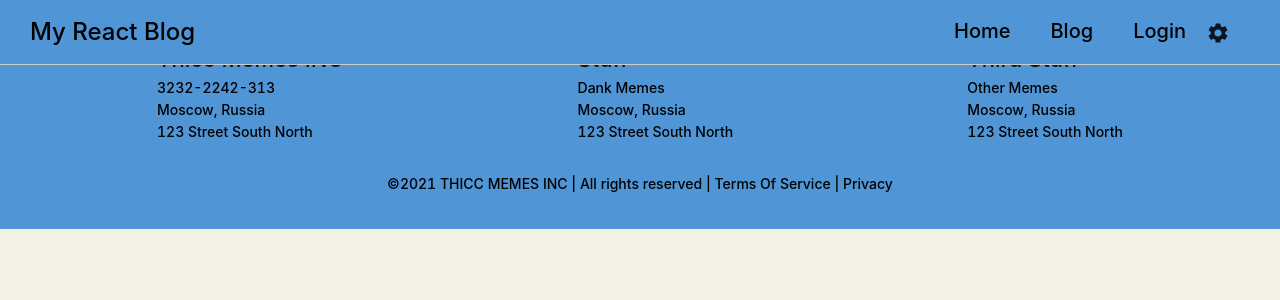
Repository: Kaycee-attah/react_blog
Page: /
The author's editor kept a copy of each file at every save. The page is drawn from the files as they stood at one save, then again after the next save.
The browser window is 1280 px wide. The pictures show the whole page.
The project was rebuilt for these pictures with package versions that can differ from the ones it lists, and the page was loaded fresh each time.

Above is the page before, as saved 2021-10-27 09:54:10.

### src/index.js
import React from 'react';
import ReactDOM from 'react-dom';
import App from './App';
import reportWebVitals from './reportWebVitals';
import './assets/scss/base.scss';
import 'antd/dist/antd.css';
import "@quasar/extras/ionicons-v4/ionicons-v4.css";

ReactDOM.render(
  <React.StrictMode>
    <App />
  </React.StrictMode>,
  document.getElementById('root')
);

// If you want to start measuring performance in your app, pass a function
// to log results (for example: reportWebVitals(console.log))
// or send to an analytics endpoint. Learn more: https://bit.ly/CRA-vitals
reportWebVitals();

### src/assets/scss/base.scss
 @import './variables';
 @import './navigation';
 @import './home';
 @import './masonry-post';
 @import './post-masonry';
 @import './tag-row';
 @import './post-grid.scss';
 @import './blog';
 @import './login';
 @import './article.scss';
 @import './article_preview';
 @import './richtexteditor';
 @import './dialogue-box.scss';
 @import './footer';

 .App-darkMode {
    background-color: #1b2938;
 };

 .App-darkMode nav{
    background-color: #1b2938;
 };

 .App-darkMode nav .settings-dropDown-Menu-Card-true .settings-dropDown-Menu{
    background-color: #1b2938;
 };

 @media screen and (max-width: 900px) {
   .App-darkMode nav .menu-content-container {
      background-color: #1b2938;
   }
 }

 html body{
   font-family: -apple-system, BlinkMacSystemFont, 'Segoe UI', Roboto, Oxygen, Ubuntu, Cantarell, 'Open Sans', 'Helvetica Neue', sans-serif;
   font-weight: 500;
   margin: 0;
   background-color: $body-background-color;
 };

 h1 {
   font-size: 2rem;
 };

 .container {
   max-width: 1200px;
   margin: 0 auto;
 };

 .row {
   margin: 4em 20px;
 };

 .overlay::before {
   z-index: 1;
   content: "";
   position: absolute;
   top: 0;
   right: 0;
   bottom: 0;
   left: 0;
   background: linear-gradient(transparent 0%, transparent 18%,  rgba(0,0,0,0.8) 99%,  rgba(0,0,0,0.8) 100%);
};

### src/assets/scss/_variables.scss
/*      ----------      all colors for different points in the appliation(normal screen size eg laptops)      -----------------------------------------      */
$Article-Preview-Action-Button-Container-button-background: linear-gradient(-45deg, #fff, #F1F1E6);
$Article-Preview-Action-Button-Container-button-Onhover-background: linear-gradient(-45deg, #4481eb, #04befe);
$blog-main-container-section-1-background-color: #5095D6;
$body-background-color: #F1F1E6;
$footer-background-color: #5095D6;
$footer-texts-color: #000000;
$input-type-checkbox-Checked: #f8f8f8;
$menu-content-container-a-color: #000000;
$menu-content-container-a-color-onHover: #EC6103;
$navbar-and-sidebar-border-color: #cccccc;
$navigation-background-color: #5095D6;
$post-masonry-imageTitle-color: white;
$post-masonry-tags-container-textsColor: white;
$settings-dropDown-Menu-backGroundColor: white;
$settings-dropDown-Menu-border-color: #cccccc;
$settings-dropDown-Menu-Card-backGroundColor: #f8f8f8;
$text-color: #65312F;
$text-light: #999;
$title-text-color: #000000;
$toggle-checkbox-darkMode-backgroundColor: #092c3e;
$toggle-checkbox-darkMode-check-after-backgroundColor: #092c3e;
$toggle-checkbox-lightMode-backgroundColor: #f8f8f8;
$toggle-checkbox-lightMode-check-before-backgroundColor: #f8f8f8;
$toggle-mode-container-border-color: #cccccc;
/*      ----------      all colors for different points in the appliation(smaller screen sizes eg mobile devies, tablets)      -----------------------------------------      */

$Blog-Navigation-text-color-for-smaller-screen-sizes: #383A23;
$menu-content-container-a-onHover-color-for-smaller-screen-sizes: #020202;
$menu-content-container-a-text-color-for-smaller-screen-sizes: #000000;
$menu-content-container-li-onHover-background-color-for-smaller-screen-sizes: #F2FAFF;
$menu-content-container-li-onHover-color-for-smaller-screen-sizes: #020202;
$menu-icon-text-color-for-smaller-screen-sizes: #65312F;
$more-icon-dropDown-Menu-Card-background-color-for-smaller-screen-sizes: white;
$more-icon-dropDown-Menu-Card-box-shadow-color-for-smaller-screen-sizes: #cccccc;
$more-icon-dropDown-Menu-Card-true-background-color-for-smaller-screen-sizes: #f8f8f8;
$more-icon-text-color-for-smaller-screen-sizes: #65312F;
$sideBar-backgroundColor: #5095D6;
$toggle-mode-container-border-top-color-for-smaller-screen-sizes: #f5f2f2;

### src/assets/scss/_home.scss
.home {
    // background-color: black;
    h1 {
        width: 100%;
        color: $text-color;
    };

    .featured-posts-container {
        display: flex;
        width: 100%;
    };
};

@media screen and (max-width: 900px) {
    .home {
        margin-block-start: 1.5em;
        margin-block-end: 1.5em;
    };

    .featured-posts-container {
        flex-direction: column;
    };
}

### src/assets/scss/_masonry-post.scss
.masonry-post {
    position: relative;
    border-radius: 5px;
    overflow: hidden;
    background-size: cover;
    background-position: center center;
    height: 100%;
    width: 100%;
    text-decoration: none;
    margin: 0 auto;
    min-height: 200px;

    .image-text{
        height: 100%;
        width: 100%;
        display: flex;
        flex-direction: column;
        padding: 20px;
        box-sizing: border-box;
    };

    .image-text, .image-date, .tags-container, div {
        float: left;
        width: 100%;
        z-index: 10;
        font-weight: 300;
    };

    .image-title {
        font-size: 20px;
        margin-block-start: 0;
        margin-block-end: 10px;
        color: $post-masonry-imageTitle-color;
    };

    .image-date {
        font-size: 10px;
        color: $text-light;
    };
};

@media screen and (max-width: 900px) {
    .masonry-post {
        width: 100%;
        margin: 10px 0;
        height: 300px;
    };
};

### src/assets/scss/_post-masonry.scss
.masonry{
    grid-template-columns: repeat(3, minmax(275px, 1fr));
    display: grid;
    gap: 30px;
};

@media screen and (max-width: 900px) {
    .masonry {
        display: flex;
        flex-direction: column;
    }
}

### src/assets/scss/_tag-row.scss
.tags-container {
    font-size: 12px;
    font-weight: 500;
    margin-bottom: 15px;
    margin-left: -1px;
    color: $post-masonry-tags-container-textsColor;

    .tag {
        border-radius: 5px;
        padding: 4px 8px;
        margin: 5px;
    }
}

### src/assets/scss/post-grid.scss
.grid-pagination-container {
    .ant-pagination {
        text-align: center;
        padding-bottom: 50px;
    };
};

.post-grid {
    display: grid;
    grid-template-columns: repeat(auto-fill, minmax(275px, 1fr));
    gap: 30px;
    grid-auto-rows: 1fr;
    padding-bottom: 50px;

    figure {
        height: 100%;
        max-height: 280px;
    }

    img {
        position: relative;
        border-radius: 5px;
        overflow: hidden;
        object-fit: cover;
        object-position: center center;
        height: 100%;
        width: 100%;
        margin: 0 auto;
        min-height: 200px;
        max-height: 280px;
    };

    .post-container {
        display: flex;
        flex-direction: column;

        .author-text {
            color: $text-light
        };

        a {
            padding: 0 5px;
        };

        .description-text {
            // font-size: 18px;
            font-weight: 200px
        }
    };
};

### src/assets/scss/_login.scss
.auth-main-container {
    width: 100%;
    height: 100%;
    // background-color: #9ec3e4;
    display: flex;
    flex-direction: column;
    align-items: center;
    min-height: 100vh;
    position: relative;
    background-color: #fff;
    overflow: hidden;

    .forms-container {
        position: absolute;
        width: 100%;
        height: 100%;
        top: 0;
        left: 0;
        // background-color: #fff;

        .sign-in-sign-up {
            position: absolute;
            top: 50%;
            left: 75%;
            transform: translate(-50%, -50%);
            width: 50%;
            display: grid;
            grid-template-columns: 1fr;
            z-index: 5;
            transition: 1s .7s ease-in-out;

            .sign-in-form {
                z-index: 2;
            };

            .sign-up-form {
                z-index: 1;
                opacity: 0;
            };
        };

        form {
            display: flex;
            align-items: center;
            justify-content: center;
            flex-direction: column;
            padding: 0 5rem;
            overflow: hidden;
            grid-column: 1 / 2;
            grid-row: 1 / 2;
            transition: 0.2s 0.7s ease-in-out;

            .form-title {
                font-size: 2.2rem;
                color: #000;
                margin-bottom: 10px;
            };

            .input-field {
                max-width: 380px;
                width: 100%;
                height: 55px;
                background-color: #f0f0f0;
                margin: 10px 0;
                border-radius: 55px;
                display: grid;
                grid-template-columns: 15% 85%;
                padding: 0 .4rem;

                .icon {
                    text-align: center;
                    line-height: 55px;
                    color: #acacac;
                    font-size: 1.1rem
                };

                input {
                    background: none;
                    outline: none;
                    border: none;
                    line-height: 1;
                    font-weight: 600;
                    font-size: 1.1rem;
                    color: #333
                };

                input::placeholder {
                    color: #aaa;
                    font-weight: 500;
                };
            };

            .submit-btn {
                width: 150px;
                height: 49px;
                border: none;
                outline: none;
                border-radius: 49px;
                background-color: #5095D6;
                color: #fff;
                text-transform: uppercase;
                font-weight: 600;
                margin: 10px 0;
                transition: .5s;
                cursor: pointer;
            };

            .submit-btn:hover {
                background-color: #4d84e2;
            };

            .social-text {
                padding: .7rem;
                font-size: 1rem;
            };

            .social-media {
                display: flex;
                justify-content: center;

                .social-icon {
                    height: 46px;
                    width: 46px;
                    border: 1px solid #333;
                    margin: 0 .45rem;
                    display: flex;
                    justify-content: center;
                    align-items: center;
                    text-decoration: none;
                    color: #333;
                    font-size: 1.1rem;
                    border-radius: 50%;
                    transition: .3s
                };

                .social-icon:hover {
                    color: #4d84e2;
                    border-color: #4d84e2;
                };
            };
        };
    };

    .panels-container {
        position: absolute;
        width: 100%;
        height: 100%;
        top: 0;
        left: 0;
        display: grid;
        grid-template-columns: repeat(2, 1fr);

        .panel {
            display: flex;
            flex-direction: column;
            align-items: flex-end;
            justify-content: space-around;
            text-align: center;
            z-index: 7;
            transition: .9s .6s ease-in-out;

            .content {
                color: #fff
            };

            h3{
                font-weight: 600;
                line-height: 1;
                font-size: 1.5rem;
                margin: 0;
            };

            p{
                font-size: 0.95rem;
                padding: 0.7rem 0;
                margin: 0;
            };
        };

        .left-panel {
            padding: 3rem 17% 2rem 12%;
            pointer-events: all;

            .content {
                transition: 1.1s .4s ease-in-out;
            };
        };

        .right-panel {
            padding: 3rem 12% 2rem 17%;
            pointer-events: none;
        };

        .btn {
            width: 130px;
            height: 41px;
            border: 2px solid #fff;
            outline: none;
            border-radius: 49px;
            background: none;
            color: #fff;
            text-transform: uppercase;
            font-weight: 600;
            font-size: 0.8rem;
            margin: 0;
            transition: .5s;
            cursor: pointer;
        };

        .btn:hover {
            background-color: #4d84e2;
        };

        .right-panel .content, .right-panel img {
            transform: translateX(800px);
            transition: 1.1s .4s ease-in-out;
        };
    };

    img {
        width: 100%;
        margin-top: 20px;
        transition: 1.1s .4s ease-in-out;
    };
};

.auth-main-container::before {
    content: '';
    position: absolute;
    width: 2000px;
    height: 2000px;
    border-radius: 50%;
    background: linear-gradient(-45deg, #4481eb, #04befe);
    top: -10%;
    right: 48%;
    transform: translateY(-50%);
    z-index: 6;
    transition: 1.8s ease-in-out;
};

.auth-main-container.sign-up-mode::before{
    transform: translate(100%, -50%);
    right: 52%;
};

.auth-main-container.sign-up-mode .left-panel img,
.auth-main-container.sign-up-mode .left-panel .content {
    transform: translateX(-800px);
};

.auth-main-container.sign-up-mode .right-panel .content,
.auth-main-container.sign-up-mode .right-panel img {
    transform: translateX(0px)
};

.auth-main-container.sign-up-mode {
    .sign-in-sign-up {

        .sign-in-form {
            z-index: 1;
            opacity: 0;
        };

        .sign-up-form {
            z-index: 2;
            opacity: 1;
        };
        left: 25%;
    }

    .left-panel {
        pointer-events: none;

        .content {
            transition: 1.1s .4s ease-in-out;
        }
    };

    .right-panel {
        pointer-events: all;
    };
};

@media (max-width: 870px) {
    .auth-main-container {
        min-height: 800px;
        height: 100vh;
        margin-top: 65px;

        .forms-container {

            .sign-in-sign-up {
                width: 100%;
                left: 50%;
                top: 95%;
                transform: translate(-50%, -100%)
            };
        }

        .panels-container {
            grid-template-columns: 1fr;
            grid-template-rows: 1fr 2fr 1fr;


            .panel {
                flex-direction: row;
                justify-content: space-around;
                align-items: center;
                padding: 2.5rem 8%;

                img {
                    width: 200px;
                    transition: 0.9s 0.6s ease-in-out;
                };

                .content {
                    padding-right: 15%;
                    transition: 0.9s 0.8s ease-in-out;
                };

                h3{
                    font-size: 1.2rem;
                };

                p{
                    font-size: 0.7rem;
                    padding: 0.5rem 0;
                };

                .btn {
                    width: 110px;
                    height: 35px;
                    font-size: 0.7rem
                };
            };

            .left-panel {
                grid-row: 1 / 2;
            };

            .right-panel {
                grid-row: 3 / 4;
            }

            .right-panel .content, .right-panel img {
                transform: translateY(300px)
            }
        }
    };

    .auth-main-container::before{
        // display: none;
        width: 1500px;
        height: 1500px;
        left: 30%;
        bottom: 68%;
        transform: translateX(-50%);
        right: initial;
        top: initial;
        transition: 2s ease-in-out;
    };

    .auth-main-container.sign-up-mode {
        .sign-in-sign-up {
            // width: 100%;
            left: 50%;
            top: 5%;
            transform: translate(-50%, 0);
            transition: 2s ease-in-out
        };

        .panels-container{
            .panel{
                padding: 2.5rem 8%;

                img {
                    width: 200px;
                };

                .content {
                    padding-right: 15%;
                };

                h3{
                    font-size: 1.2rem;
                };

                p{
                    font-size: 0.7rem;
                    padding: 0.5rem 0;
                };

                .btn {
                    width: 110px;
                    height: 35px;
                    font-size: 0.7rem
                };
            }
        }
    }

    .auth-main-container.sign-up-mode .left-panel img,
    .auth-main-container.sign-up-mode .left-panel .content {
    transform: translateY(-300px);
    };

    .auth-main-container.sign-up-mode .right-panel .content,
    .auth-main-container.sign-up-mode .right-panel img {
    transform: translateY(0px)
    };

    .auth-main-container.sign-up-mode::before{
        transform: translate(-50%, 100%);
        bottom: 32%;
        right: initial;
    };
};

@media (max-width: 570px) {

    .auth-main-container {

        form {
            padding: 0 1.5rem;
        };

        img {
            display: none;
        };

        .panels-container {
            .panel .content {
                padding: 0.5rem 1rem;
            }
        };
    };

    .auth-main-container::before{
        bottom: 72%;
        left: 50%;
    };

    .auth-main-container.sign-up-mode::before{
        bottom: 28%;
        left: 50%
    }
};

### src/assets/scss/article.scss
.article-main-container {
  width: 100%;
  height: 100%;
  display: flex;
  flex-direction: column;
  align-items: center;
  min-height: 100vh;

  .comments {
    margin-top: 20px;

    .comments-title {
      font-size: 30px;
      margin-bottom: 20px;
    };

    .comment-form-title {
      font-size: 22px;
    };

    .comment-form-textarea {
      width: 100%;
      height: 80px;
      margin-bottom: 8px;
      margin-top: 8px;
      border: 1px solid rgb(107, 114, 12);
    }

    textArea{
      resize: none;
      border-radius: 15px;
      outline: none;
      border: .7px #ccc solid;
    }

    .comment-form-button {
      font-size: 16px;
      padding: 8px 16px;
      background: rgb(59, 130, 246);
      border-radius: 8px;
      color: white;
    }

    .comment-form-button:hover:enabled {
      cursor: pointer;
      background: rgb(37, 99, 235);
    }

    .comment-form-button:disabled {
      opacity: 0.7;
      cursor: default;
    }

    .comment-form-cancel-button {
      margin-left: 10px;
    }

    .comments-container {
      margin-top: 40px;

      .comment {
        display: flex;
        margin-bottom: 28px;
        min-width: 100%;
        // border-bottom: .5px solid;

        .comment-image-container {
          margin-right: 12px;

          img{
            border-radius: 50px;
          };
        };

        .comment-right-part {
          width: 100%;

          .comment-content {
            display: flex;
            flex-direction: column;

            .comment-header {
              display: flex;
              // flex-direction: column;

              .comment-author {
                margin-right: 8px;
                font-size: 18px;
                color: rgb(59, 130, 246);
              };

              .comment-date{
                display: flex;
                justify-content: center;
                align-items: center;
                text-align: center
              }
            };

            .comment-text {
              font-size: 18px;
            };

            .comment-actions {
              display: flex;
              font-size: 12px;
              color: rgb(51, 51, 51);
              cursor: pointer;
              margin-top: 8px;
            };

            .replies-toggler {
              width: 100%;
              justify-content: center;
              align-items: center;
              text-align: center;
              position: relative;
              cursor: pointer
            };

            .replies {
              margin-top: 20px;
            }

            .replies-toggler::before{
              content: '';
              width: 50%;
              height: .7px;
              position: absolute;
              background-color: #ccc;
              top: 50%;
              left: 79%
            };

            .replies-toggler::after{
              content: '';
              width: 50%;
              height: .7px;
              position: absolute;
              background-color: #ccc;
              top: 50%;
              right: 79%;
            };
          };

        };

      };

      .comment-actions {
        margin-bottom: 10px;

        .comment-action {
          margin-right: 8px;
        };

        .comment-action:hover {
          text-decoration: underline;
        };
      };
    };
  };
};

### src/assets/scss/_article_preview.scss
.Article-Preview-Container {
    width: 100%;
    height: 100%;
    min-height: 100vh;
    display: flex;
    flex-direction: column;
    justify-content: center;
    align-items: center;

    .Article-Preview-Action-Button-Container {
        width: 100%;
        height: 5vh;
        margin-top: 75px;
        padding: 0 20px;

        button{
            width: 110px;
            height: 45px;
            background: $Article-Preview-Action-Button-Container-button-background;
            border: none;
            outline: none;
            color: #04befe;
            border: 2px #04befe solid;

            cursor: pointer;
        };

        button:hover{
            background: $Article-Preview-Action-Button-Container-button-Onhover-background;
            color: #fff;
        };
    };

    .Article-Preview-Wrapper {
        width: 100%;
        min-height: 95vh;
        padding: 0 20px;
        display: flex;
        flex-direction: column;
        align-items: center;

        img{
            // position: relative;
            // border-radius: 5px;
            overflow: hidden;
            object-fit: cover;
            object-position: center center;
            // height: 100%;
            // width: 100%;
            margin: 0 auto;
            min-height: 200px;
            max-height: 380px;
        };
    };
};

### src/assets/scss/dialogue-box.scss
.popup {
    width: 350px;
    height: 280px;
    padding: 30px 20px;
    top: 40%;
    left: 50%;
    background: #fff;
    border-radius: 10px;
    box-sizing: border-box;
    z-index: 2;
    text-align: center;
    transform: translate(-50%, -50%) scale(0.5);
    position: fixed;
    box-shadow: 0 5px 30px rgba(0,0,0,.30);
    visibility: hidden;
    opacity: 0;
    transition: opacity 300ms ease-in-out,
                top 1000ms ease-in-out,
                transform 1000ms ease-in-out;

    .icon{
        margin: 5px 0px;
        width: 50px;
        height: 50px;
        border: 2px solid #f35832;
        text-align: center;
        display: inline-block;
        border-radius: 50%;
        line-height: 60px
    };

    .title {
        margin: 5px 0px;
        font-size: 30px;
        font-weight: 600;
    };

    .description {
        color: #222;
        font-size: 15px;
        padding: 5px;
    };

    .popup-dismiss-btn {
        margin-top: 15px;

        button{
            padding: 10px 20px;
            font-size: 16px;
            font-weight: 600;
            outline: none;
            margin: 0 8px;
            transition: all 300ms ease-in-out;
        };

        .confirm-popup-btn {
            background: linear-gradient(-45deg, #f35832, #dc3545);
            color: #fff;
            border: 2px #dc3545 solid;
            cursor: pointer;
            transition: all 300ms ease-in-out;
        };

        .confirm-popup-btn:hover{
            background: linear-gradient(-45deg, #ec4419, #b32231);
            color: #fff;
            border: 2px #dc3545 solid;
        };

        .cancel-popup-btn{
            background: linear-gradient(-45deg, #fff, #F1F1E6);
            color: #f35832;
            border: 2px #f35832 solid;
            cursor: pointer;
            transition: all 300ms ease-in-out;
        };

        .cancel-popup-btn:hover{
            background: linear-gradient(-45deg, rgb(255, 224, 224), #f1cbc4);
            color: #f35832;
            border: 2px #f35832 solid;
        };
    };



    &.active{
        opacity: 1;
        top: 50%;
        left: 50%;
        visibility: visible;
        transform: translate(-50%, -50%) scale(1);
        transition: opacity 300ms cubic-bezier(0.18,0.89,0.43,1.19),
                top 300ms cubic-bezier(0.18,0.89,0.43,1.19),
                transform 300ms cubic-bezier(0.18,0.89,0.43,1.19);

        .icon{
            transition: all 300ms ease-in-out 250ms;
        };

        .title{
            transition: all 300ms ease-in-out 300ms;
        };

        .description{
            transition: all 300ms ease-in-out 350ms;
        };

        .popup-dismiss-btn{
            transition: all 300ms ease-in-out 400ms;
        };
    };
};

### src/assets/scss/_footer.scss
.main-footer {
    width: 100%;
    height: auto;
    background: $footer-background-color;
    color: $footer-texts-color;
    padding: 5px 10px;

    .container {
        width: 100%;
        height: 100%;
        display: flex;
        flex-direction: column;
        align-items: center;
        justify-content: space-between;

        .footer-row {
            width: 100%;
            height: auto;
            display: flex;
            flex-direction: row;
            align-items: center;
            justify-content: space-around;
            margin: 15px;


            .col{
                width: auto;
                height: 100%;
                display: flex;
                flex-direction: column;
                align-items: flex-start;
                padding: 0 10px;

                ul, h4 {
                    margin: 0;
                }

                h4{
                    text-align: start;
                    font-size: 22px;
                    width: auto;

                };

                ul{
                    padding: 0;
                    li{
                        list-style-type: none
                    }
                }
            }


            .col-sm {
                padding: 0 10px;
            }
        };
    };
};

Loaded but not shown: src/reportWebVitals.js (common file); src/contexts/outsideCliksContext.js (119 lines, source omitted); src/components/navigation.js (63 lines, source omitted); src/components/Sidebar.js (70 lines, source omitted); src/App.js (60 lines, source omitted); src/components/footer.js (45 lines, source omitted); src/contexts/scrollContext.js (45 lines, source omitted); src/contexts/swipeContext.js (47 lines, source omitted); src/contexts/textEditorInputValueContext.js (35 lines, source omitted); src/page-renderer.js (24 lines, source omitted); src/contexts/usersSelectedModeContext.js (3 lines, source omitted); src/contexts/sidebarContext.js (3 lines, source omitted); src/contexts/settingsContext.js (3 lines, source omitted); src/assets/scss/_richtexteditor.scss (1152 lines, source omitted); src/assets/scss/_navigation.scss (457 lines, source omitted); src/assets/scss/_blog.scss (533 lines, source omitted)

After the next save:
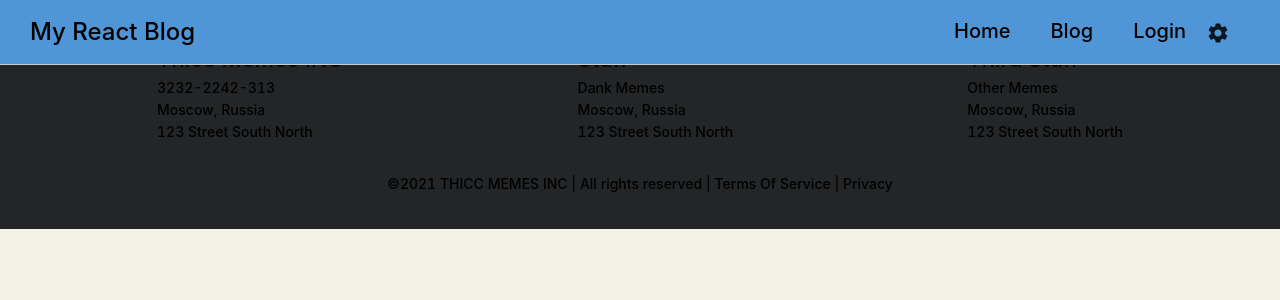
Saved 6 min 56 s later.
--- a/src/assets/scss/_variables.scss
+++ b/src/assets/scss/_variables.scss
@@ -2,8 +2,10 @@
 $Article-Preview-Action-Button-Container-button-background: linear-gradient(-45deg, #fff, #F1F1E6);
 $Article-Preview-Action-Button-Container-button-Onhover-background: linear-gradient(-45deg, #4481eb, #04befe);
 $blog-main-container-section-1-background-color: #5095D6;
+$blog-main-container-section-1-card-1-wrapper-button-background-color: #F1F1E6;
+$blog-main-container-section-1-card-1-wrapper-button-color: #000;
 $body-background-color: #F1F1E6;
-$footer-background-color: #5095D6;
+$footer-background-color: #232527;
 $footer-texts-color: #000000;
 $input-type-checkbox-Checked: #f8f8f8;
 $menu-content-container-a-color: #000000;
